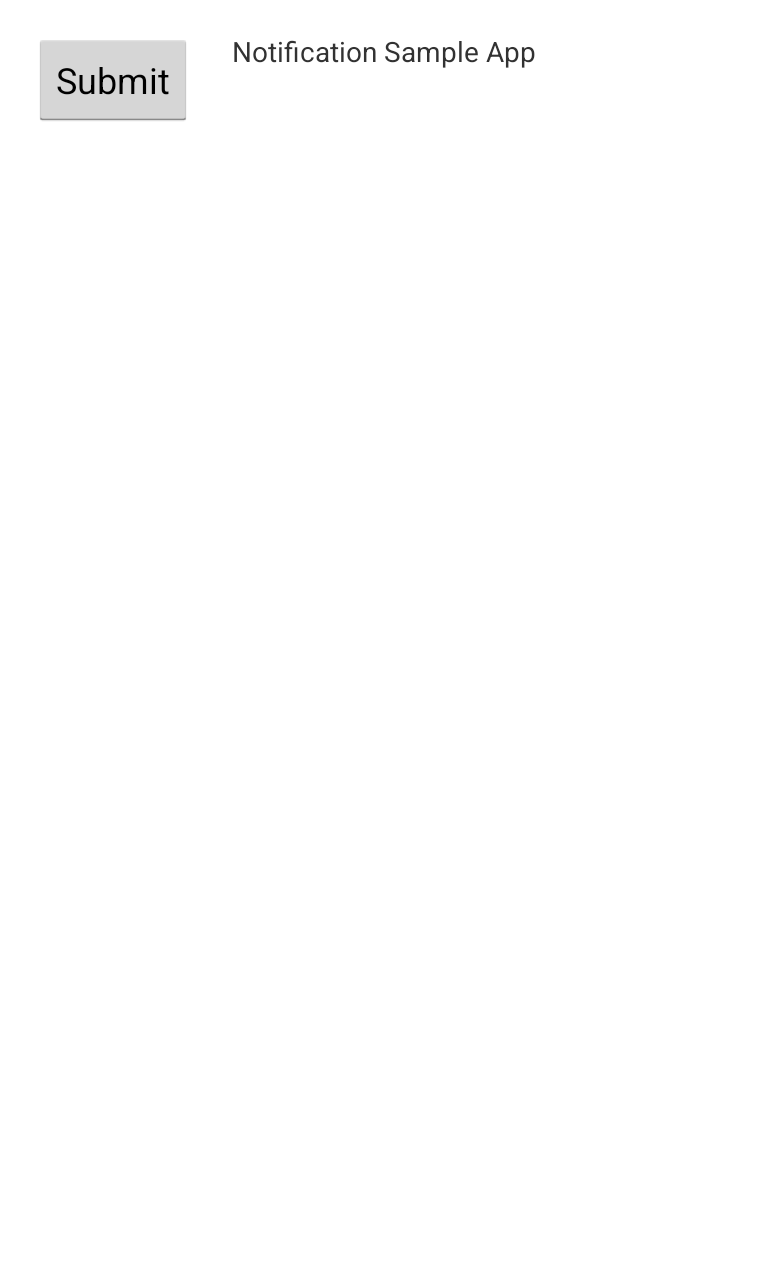
Repository: valleskeyp/Hive6Sample
Layout: NotificationSample/res/layout/activity_main.xml
These files come from the project's save history. The layout is drawn as it stood at one moment and after the next save; the edit follows.
It is drawn on a 768 x 1280 px phone screen (xhdpi) without system bars, with theme AppTheme; the app's code is not run.

Above is the layout before, as saved 2014-01-14 18:08:19.

### NotificationSample/res/layout/activity_main.xml
<RelativeLayout xmlns:android="http://schemas.android.com/apk/res/android"
    xmlns:tools="http://schemas.android.com/tools"
    android:layout_width="match_parent"
    android:layout_height="match_parent"
    android:paddingBottom="@dimen/activity_vertical_margin"
    android:paddingLeft="@dimen/activity_horizontal_margin"
    android:paddingRight="@dimen/activity_horizontal_margin"
    android:paddingTop="@dimen/activity_vertical_margin"
    tools:context=".MainActivity" >

    <TextView
        android:layout_width="wrap_content"
        android:layout_height="wrap_content"
        android:layout_centerHorizontal="true"
        android:text="Notification Sample App" />
    <Button
        android:id="@+id/submit"
        android:layout_width="wrap_content"
        android:layout_height="wrap_content"
        android:text="Submit" />

</RelativeLayout>

Loaded but not shown: NotificationSample/res/values/styles.xml (common file); NotificationSample/res/values-v11/styles.xml (common file); NotificationSample/res/values-v14/styles.xml (common file); NotificationSample/res/values/dimens.xml (common file)

After the next save:
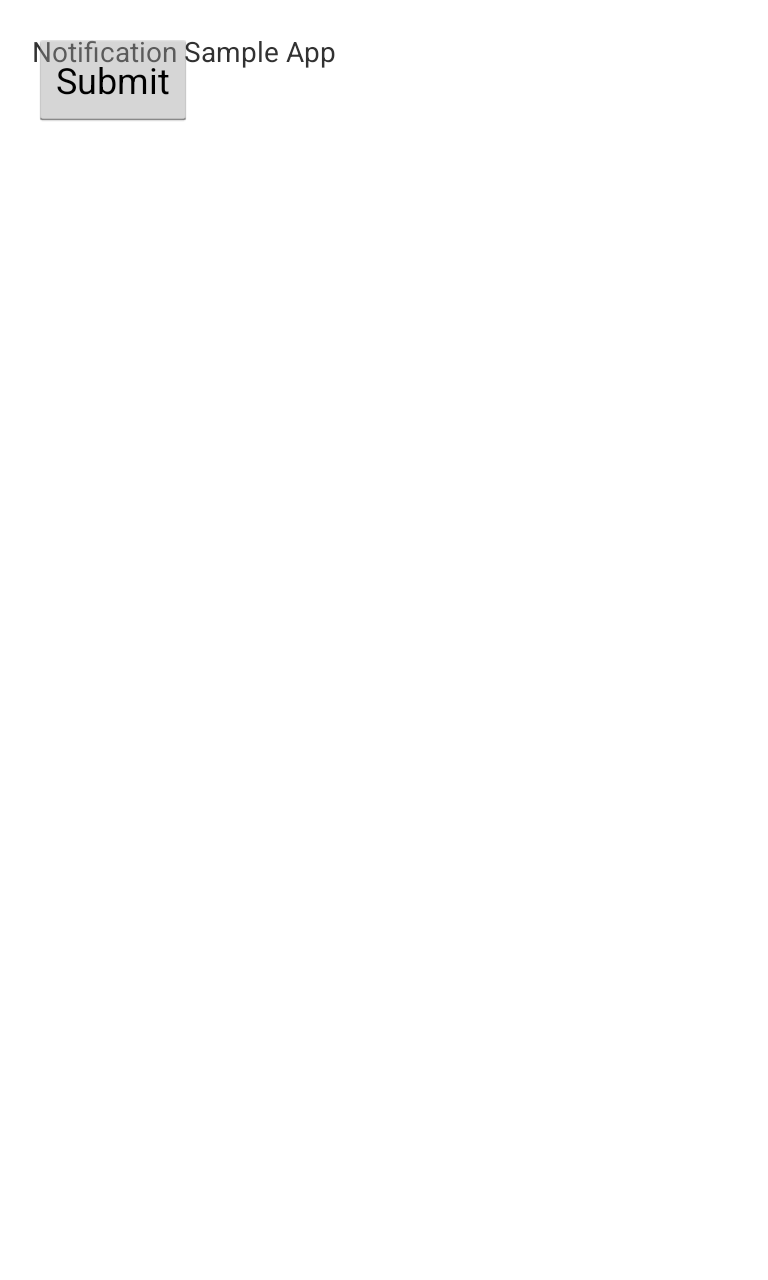
Saved 32 s later.
--- a/NotificationSample/res/layout/activity_main.xml
+++ b/NotificationSample/res/layout/activity_main.xml
@@ -11,7 +11,7 @@
     <TextView
         android:layout_width="wrap_content"
         android:layout_height="wrap_content"
-        android:layout_centerHorizontal="true"
+        android:layout_gravity="center"
         android:text="Notification Sample App" />
     <Button
         android:id="@+id/submit"
